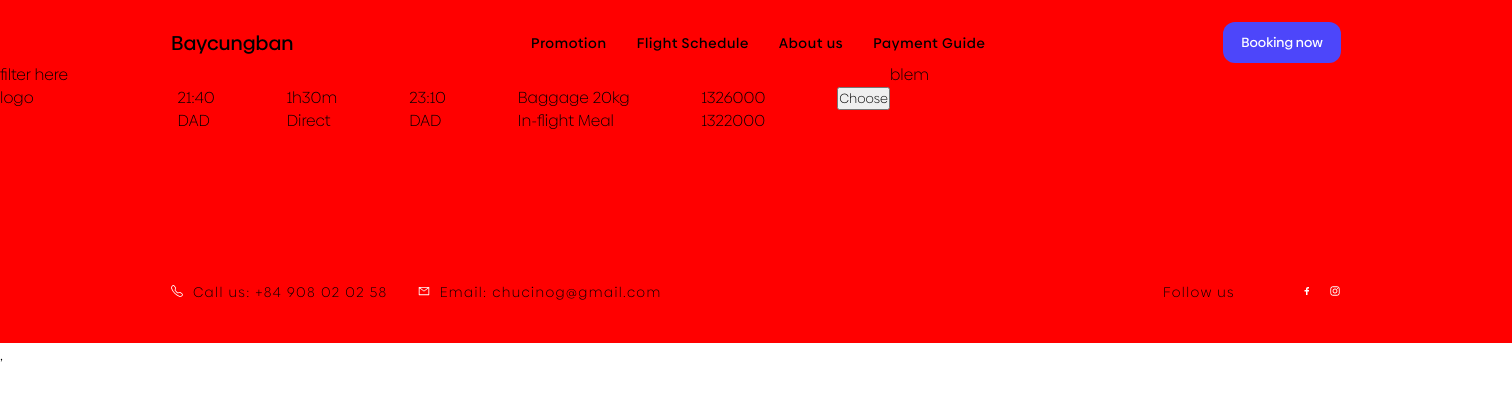
Repository: pinocoding/my-flying
Page: /list (app in my-flying/)
The author's editor kept a copy of each file at every save. The page is drawn from the files as they stood at one save, then again after the next save.
The browser window is 1280 px wide. The page is 1512 px wide, so the pictures cover 1512 px, including what lies to the right of the window. The pictures show the whole page.
The project was rebuilt for these pictures with package versions that can differ from the ones it lists, and the page was loaded fresh each time. Also part of the build but not shown: my-flying/src/components/InDecreaBtn/InDecreaBtn.js, my-flying/src/components/TravelBooking/TravelBooking.css, my-flying/src/components/TravelBooking/TravelBooking.js, my-flying/src/components/home/Home.css, my-flying/src/components/home/Home.js. Imported but missing from the stored project, and not drawn on this page: my-flying/src/reportWebVitals.

Above is the page before, as saved 2022-09-09 16:53:26.

### my-flying/src/index.js
import React from "react";
import ReactDOM from "react-dom/client";
import "./index.css";
import App from "./App";
import reportWebVitals from "./reportWebVitals";
import "./font/SVN-Biennale/Biennale-Bold.otf";
const root = ReactDOM.createRoot(document.getElementById("root"));
root.render(
  <React.StrictMode>
    <App />
  </React.StrictMode>
);

// If you want to start measuring performance in your app, pass a function
// to log results (for example: reportWebVitals(console.log))
// or send to an analytics endpoint. Learn more: https://bit.ly/CRA-vitals
reportWebVitals();

### my-flying/src/index.css
@font-face {
  font-family: "SVN-Biennale";
  src: local("SVN-Biennale"),
    url("./font/SVN-Biennale/Biennale-Light.otf") format("opentype");

  font-weight: 400;
}

@font-face {
  font-family: "SVN-Biennale";
  src: local("SVN-Biennale"),
    url("./font/SVN-Biennale/Biennale-Medium.otf") format("opentype");

  font-weight: 600;
}

### my-flying/src/App.js
import React from "react";

import { render } from "react-dom";
import { BrowserRouter, Routes, Route } from "react-router-dom";
import Home from "../src/components/Home/Home";
import List from "./components/List/List";
import "./App.css";
function App() {
  return (
    <div className="App">
      <BrowserRouter>
        <Routes>
          <Route path="/" element={<Home />} />
          <Route path="/list" element={<List />} />
        </Routes>
      </BrowserRouter>
      ,
    </div>
  );
}

export default App;

### my-flying/src/components/List/List.js
import React from "react";
import Header from "../Header/Header";
import Footer from "../Footer/Footer";
import "./List.css";
import FlightInfor from "../FlightsInfor/FlightInfor";
function List() {
  return (
    <div className="list">
      <Header />

      <div className="list-container">
        <div className="list-infor">
          {" "}
          <div className="list-filter">filter here</div>
          <div className="list-row">
            <FlightInfor />
          </div>
        </div>

        <div className="list-userFlight">blem</div>
      </div>
      <Footer />
    </div>
  );
}

export default List;

### my-flying/src/App.css
* {
  box-sizing: border-box;
  margin: 0;
  padding: 0;
  scroll-behavior: smooth;
  font-family: "SVN-Biennale", Courier, monospace;
}
.App {
  width: 1512px;
  margin: 0 auto;
}

### my-flying/src/components/Header/Header.js
import React from "react";
import "./Header.css";

function Header() {
  return (
    <div className="header">
      <div className="header-logo">
        <div className="header-logo-name">Baycungban</div>
        {/* <div>img</div>
        <div>img</div> */}
      </div>

      <ul className="header-nav">
        <li>
          <a href="/#">Promotion</a>
        </li>
        <li>
          <a href="/flight-schedule">Flight Schedule</a>
        </li>
        <li>
          <a href="/#">About us</a>
        </li>
        <li>
          <a href="/#">Payment Guide</a>
        </li>
      </ul>

      <button className="header-booking">Booking now</button>
    </div>
  );
}

export default Header;

### my-flying/src/components/Footer/Footer.js
import React from "react";
import { BsTelephone } from "react-icons/bs";
import { AiOutlineMail, AiOutlineInstagram } from "react-icons/ai";
import { TiSocialFacebook } from "react-icons/ti";
import "./Footer.css";
function Footer() {
  return (
    <div className="footer">
      <ul>
        <li>
          <a href="/#" className="footer-link">
            <BsTelephone className="footer-icon" />
          </a>
          <span>Call us: +84 908 02 02 58</span>
        </li>

        <li>
          <a href="/#" className="footer-link">
            <AiOutlineMail className="footer-icon" />
          </a>
          <span>Email: chucinog@gmail.com</span>
        </li>
      </ul>

      <div>
        <span className="footer-follow">Follow us</span>
        <a href="/#" className="footer-link footer-facebook">
          <TiSocialFacebook className="footer-icon" />
        </a>
        <a href="/#" className="footer-link">
          <AiOutlineInstagram className="footer-icon" />
        </a>
      </div>
    </div>
  );
}

export default Footer;

### my-flying/src/components/List/List.css
.list {
  background-color: red;
  padding:
}

.list-container {
  display: flex;
}

.list-row {
  width: 890px;
  height: 124px;
  border-radius: 12px;
}

### my-flying/src/components/FlightsInfor/FlightInfor.js
import React from "react";
import "./FlightInfor.css";

function FlightInfor() {
  return (
    <div className="flight-container">
      <ul>
        <li>logo</li>
        <li className="flight-name"></li>
        <li className="flight-time">
          <p>21:40</p>
          <p>DAD</p>
        </li>

        <li className="flight-direc">
          <p>1h30m</p>
          <p></p>
          <p>Direct</p>
        </li>
        <li className="flight-time">
          <p>23:10</p>
          <p>DAD</p>
        </li>

        <li className="flight-meal">
          <p>Baggage 20kg </p>
          <p>In-flight Meal </p>
        </li>

        <li className="flight-price">
          <p>1326000</p>
          <p>1322000</p>
        </li>
        <li className="flight-choose">
          <button>Choose</button>
        </li>
      </ul>
    </div>
  );
}

export default FlightInfor;

### my-flying/src/components/Header/Header.css
.header {
  display: flex;
  justify-content: space-between;
  text-align: center;
  padding: 22px 171px 0 171px;
}
.header-logo {
  display: flex;
}
.header-logo-name {
  font-weight: 600;
  font-size: 20px;
  align-items: center;
  display: flex;
}
.header-nav {
  display: flex;
  list-style: none;
  justify-content: space-between;
  gap: 0 30px;
  align-items: center;
}
.header-nav li a {
  color: rgba(0, 0, 0, 1);
  text-decoration: none;
  font-family: "SVN-Biennale";
  font-style: normal;
  font-weight: 600;
  font-size: 14px;
  line-height: 21px;

  text-align: center;
  letter-spacing: 0.05em;
}
.header-booking {
  background-color: rgba(77, 70, 250, 1);
  color: white;
  height: 41px;
  width: 118px;
  left: 1223px;
  top: 38px;
  border-radius: 12px;
  padding: 10px 16px 10px 16px;
  border: none;
  cursor: pointer;
  font-weight: 600;
}

### my-flying/src/components/Footer/Footer.css
.footer {
  display: flex;
  justify-content: space-between;
  text-align: center;
  width: 100%;
  padding: 70px 171px 40px 171px;
}
.footer ul {
  list-style: none;
  display: flex;
  gap: 0 30px;
}
.footer-link {
  position: relative;
}
.footer-icon {
  color: white;
  font-size: 12px;
}

.footer-link:after {
  content: "";
  position: absolute;
  top: 0;
  left: 0;
  width: 18px;
  height: 18px;
  border-radius: 50%;
  transform: translate(-18%, 8%);
  background-color: #4d46fa;

  z-index: -1;
}
.footer ul li span {
  padding-left: 10px;
  font-family: "SVN-Biennale";
  font-style: normal;
  font-weight: 400;
  font-size: 14px;
  line-height: 21px;
  /* identical to box height */

  letter-spacing: 0.1em;

  color: #000000;
}
.footer-follow {
  width: 72px;
  height: 21px;
  font-family: "SVN-Biennale";
  font-style: normal;
  font-weight: 400;
  font-size: 14px;
  line-height: 21px;
  /* identical to box height */

  letter-spacing: 0.1em;

  color: #000000;

  position: relative;
  margin-right: 50px;
}

.footer-follow:after {
  content: "";
  position: absolute;
  top: 50%;
  right: 0;
  width: 40px;
  height: 1px;
  left: 81px;
  background-color: black;

  z-index: -1;
}
.footer-facebook {
  margin: 0 16px 0 16px;
}

### my-flying/src/components/FlightsInfor/FlightInfor.css
.flight-container {
  width: 100%;
}

.flight-container ul {
  list-style: none;
  display: flex;
  justify-content: space-between;
}

After the next save:
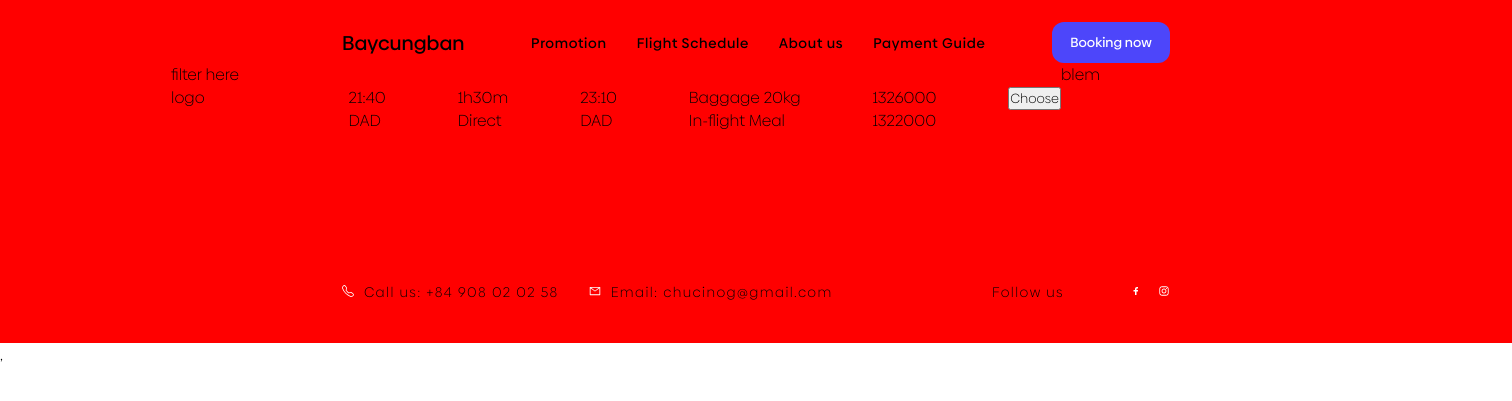
Saved 7 s later.
--- a/my-flying/src/components/List/List.css
+++ b/my-flying/src/components/List/List.css
@@ -1,6 +1,6 @@
 .list {
   background-color: red;
-  padding:
+  padding: 0 171px 0 171px;
 }
 
 .list-container {
